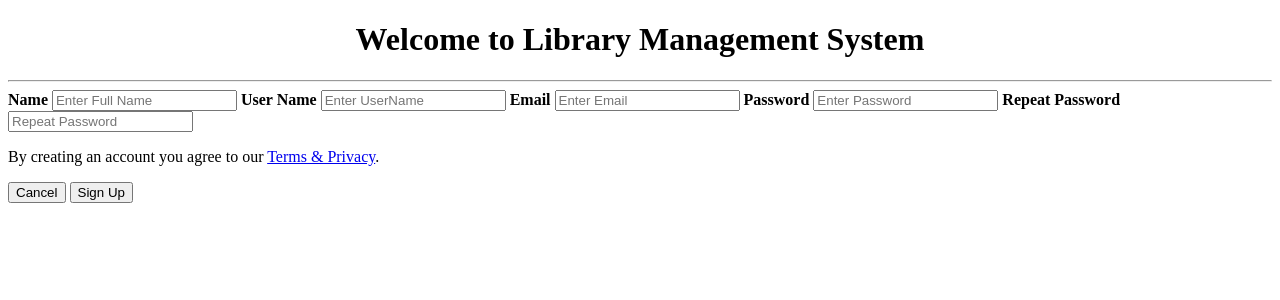
Repository: paragpatidar/LibraryManagementSystem
Page: http://localhost/LibraryManagementSystemSpring/WEB-INF/ui/SignUp.jsp
An editor plug-in stored every save of this project. The page is shown before and after the next save, followed by the edit.
The browser window is 1280 px wide. The pictures show the whole page.
The page is served by Tomcat 9. Nobody is signed in. Other server files are loaded and not shown. The template is opened directly, without the code that normally fills it, so the values that code supplies are empty.

Above is the page before, as saved 2017-11-08 08:35:14.

### LibraryManagementSystemSpring/WebContent/WEB-INF/ui/SignUp.jsp
<%@ page language="java" contentType="text/html; charset=ISO-8859-1"
	pageEncoding="ISO-8859-1"%>
<!DOCTYPE html PUBLIC "-//W3C//DTD HTML 4.01 Transitional//EN" "http://www.w3.org/TR/html4/loose.dtd">
<html>
<head>
<meta http-equiv="Content-Type" content="text/html; charset=ISO-8859-1">
<title>Insert title here</title>
<style>
</style>
</head>
<body>
	<h1 align="center">Welcome to Library Management System</h1>
	<hr>
	<div class="form">
		<form action="signUp.htm">

			<label><b>Name</b></label> <input type="text"
				placeholder="Enter Full Name" name="name" required> <label><b>User
					Name</b></label> <input type="text" placeholder="Enter UserName"
				name="userName" required> <label><b>Email</b></label> <input
				type="text" placeholder="Enter Email" name="email" required>

			<label><b>Password</b></label> <input type="password"
				placeholder="Enter Password" name="psw" required> <label><b>Repeat
					Password</b></label> <input type="password" placeholder="Repeat Password"
				name="psw-repeat" required>
			<p>
				By creating an account you agree to our <a href="#">Terms &
					Privacy</a>.
			</p>
			<div class="clearfix">
				<button type="button" onCLick="home.htm" class="cancelbtn">Cancel</button>
				<button type="submit" name="submit" class="signupbtn">Sign
					Up</button>
			</div>

		</form>
	</div>
</body>
</html>

After the next save:
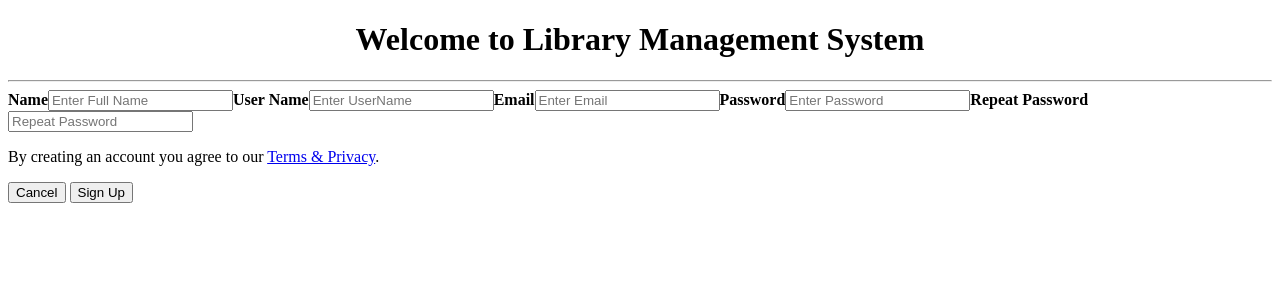
Saved 17 s later.
--- a/LibraryManagementSystemSpring/WebContent/WEB-INF/ui/SignUp.jsp
+++ b/LibraryManagementSystemSpring/WebContent/WEB-INF/ui/SignUp.jsp
@@ -13,8 +13,7 @@
 	<hr>
 	<div class="form">
 		<form action="signUp.htm">
-
-			<label><b>Name</b></label> <input type="text"
+			<table><label><b>Name</b></label> <input type="text"
 				placeholder="Enter Full Name" name="name" required> <label><b>User
 					Name</b></label> <input type="text" placeholder="Enter UserName"
 				name="userName" required> <label><b>Email</b></label> <input
@@ -33,7 +32,7 @@
 				<button type="submit" name="submit" class="signupbtn">Sign
 					Up</button>
 			</div>
-
+	</table>
 		</form>
 	</div>
 </body>
